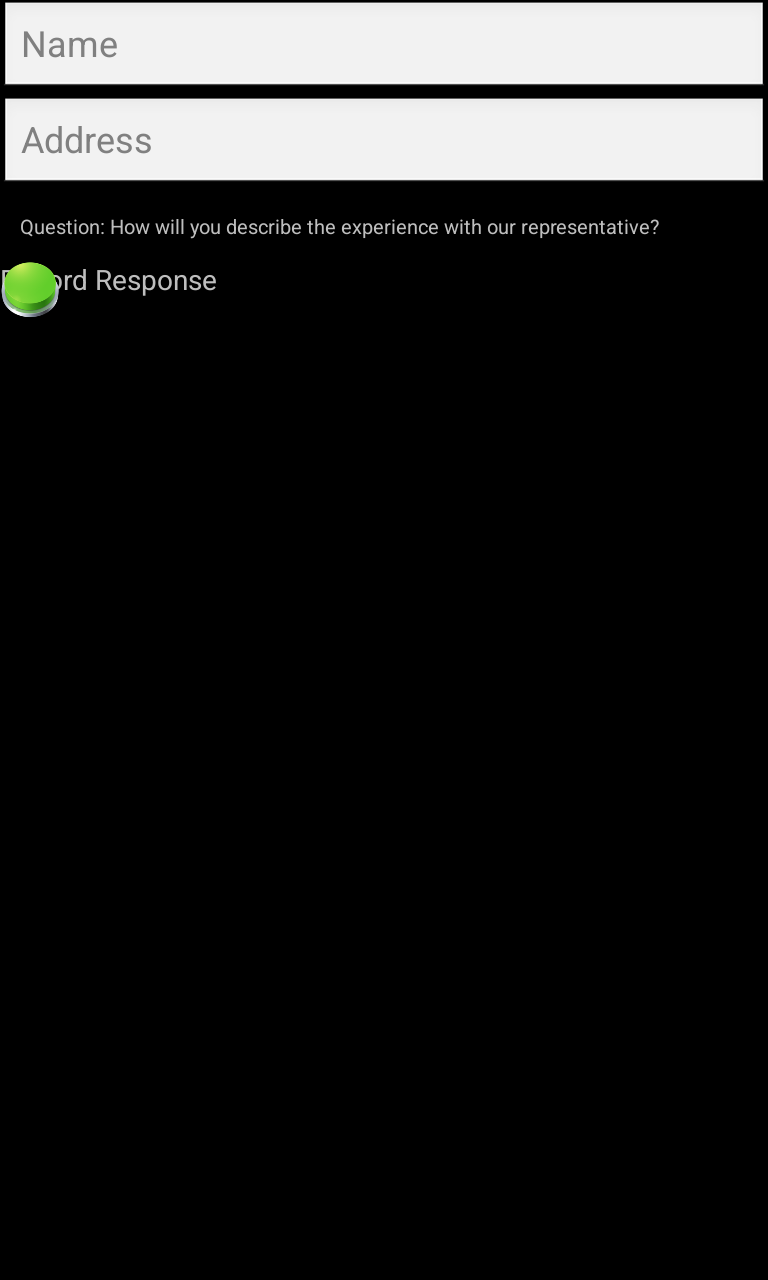
Repository: Anmol92verma/SurveyApp
Layout: SoundServey/res/layout/activity_main.xml
These files come from the project's save history. The layout is drawn as it stood at one moment and after the next save; the edit follows.
It is drawn on a 768 x 1280 px phone screen (xhdpi) without system bars, with theme android:Theme.Black; the app's code is not run.

Above is the layout before, as saved 2015-02-21 16:47:53.

After the next save:
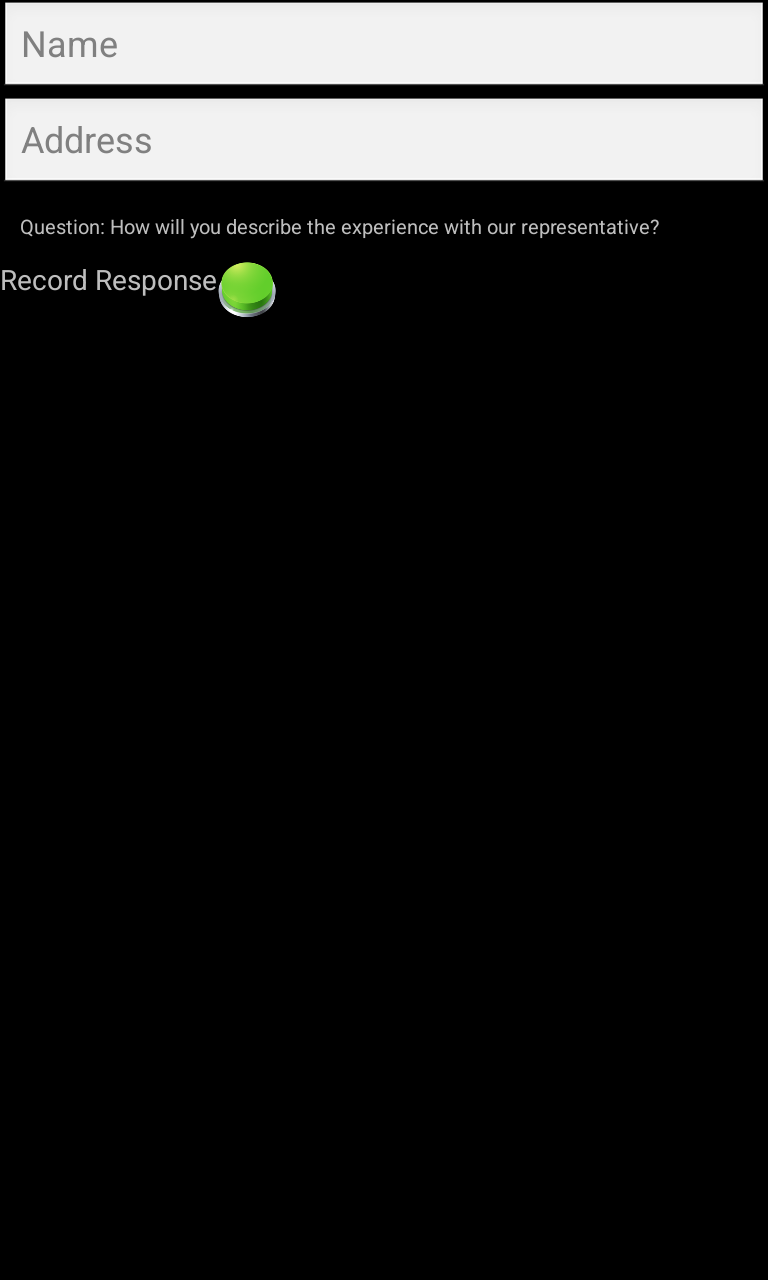
Saved 4 s later.
--- a/SoundServey/res/layout/activity_main.xml
+++ b/SoundServey/res/layout/activity_main.xml
@@ -47,7 +47,7 @@
                     android:id="@+id/imageview_recorder"
                     android:layout_width="@dimen/dimen_size_recorded"
                     android:layout_height="@dimen/dimen_size_recorded"
-                    android:layout_toRightOf="@android:textview_recording"
+                    android:layout_toRightOf="@+id/textview_recording"
                     android:contentDescription="@null"
                     android:src="@drawable/start" />
 
